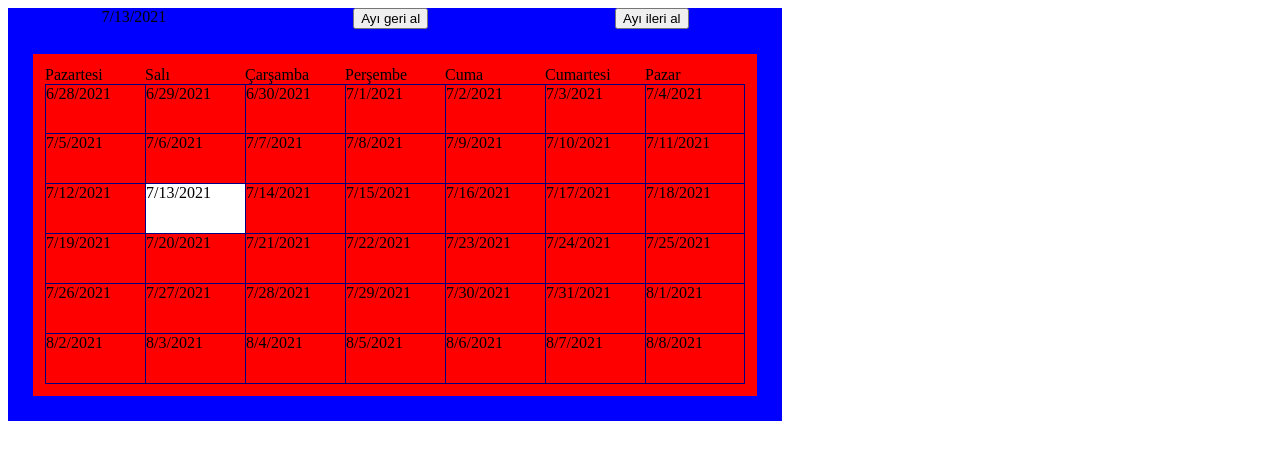
Repository: ahmetbugraozcan/javascript-calendar
Page: tablo.html
The author's editor kept a copy of each file at every save. The page is drawn from the files as they stood at one save, then again after the next save.
The browser window is 1280 px wide. The pictures show the whole page.

Above is the page before, as saved 2021-07-13 11:12:50.

After the next save:
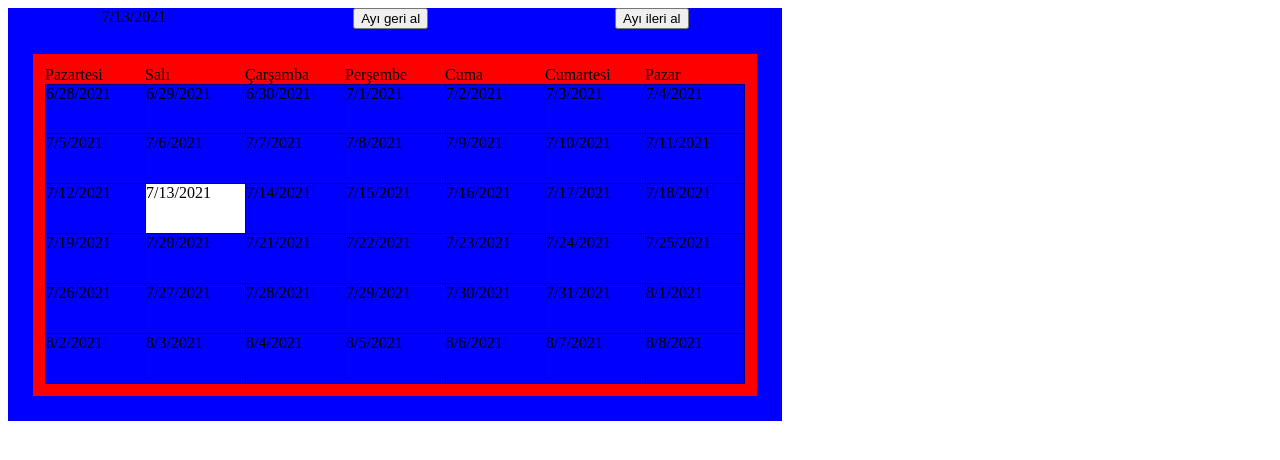
Saved 36 s later.
--- a/tablo.html
+++ b/tablo.html
@@ -216,13 +216,13 @@
                 document.getElementById(`cuma${i}`).innerHTML = cuma[i];
                 document.getElementById(`cumartesi${i}`).innerHTML = cumartesi[i];
 
-                document.getElementById(`pazar${i}`).backgroundColor = "blue";
-                document.getElementById(`pazartesi${i}`).backgroundColor = "blue";
-                document.getElementById(`sali${i}`).backgroundColor = "blue";
-                document.getElementById(`carsamba${i}`).backgroundColor = "blue";
-                document.getElementById(`persembe${i}`).backgroundColor = "blue";
-                document.getElementById(`cuma${i}`).backgroundColor = "blue";
-                document.getElementById(`cumartesi${i}`).backgroundColor = "blue";
+                document.getElementById(`pazar${i}`).style.backgroundColor = "blue";
+                document.getElementById(`pazartesi${i}`).style.backgroundColor = "blue";
+                document.getElementById(`sali${i}`).style.backgroundColor = "blue";
+                document.getElementById(`carsamba${i}`).style.backgroundColor = "blue";
+                document.getElementById(`persembe${i}`).style.backgroundColor = "blue";
+                document.getElementById(`cuma${i}`).style.backgroundColor = "blue";
+                document.getElementById(`cumartesi${i}`).style.backgroundColor = "blue";
 
 
 

After the save that followed:
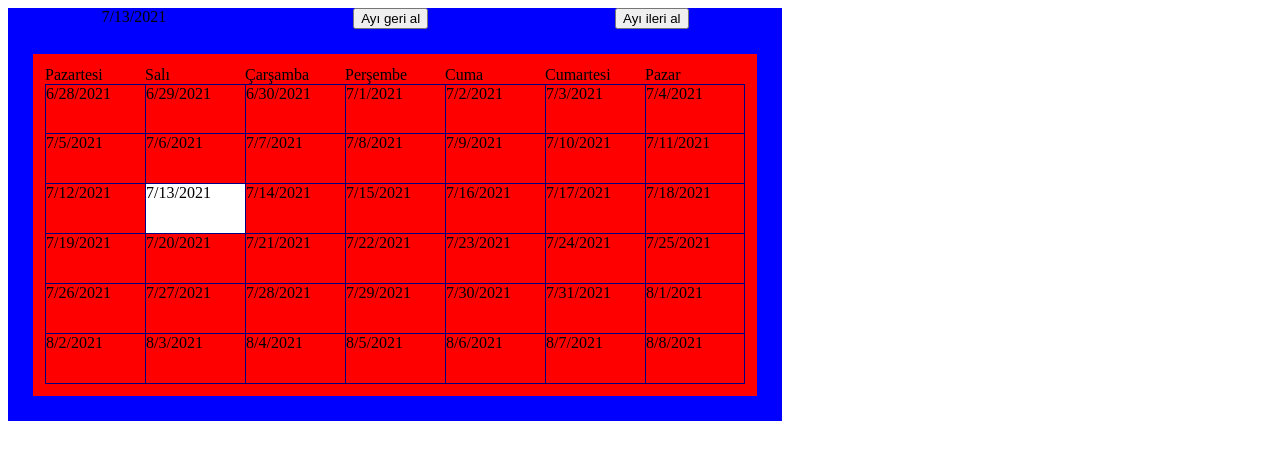
Saved 18 s later.
--- a/tablo.html
+++ b/tablo.html
@@ -216,13 +216,13 @@
                 document.getElementById(`cuma${i}`).innerHTML = cuma[i];
                 document.getElementById(`cumartesi${i}`).innerHTML = cumartesi[i];
 
-                document.getElementById(`pazar${i}`).style.backgroundColor = "blue";
-                document.getElementById(`pazartesi${i}`).style.backgroundColor = "blue";
-                document.getElementById(`sali${i}`).style.backgroundColor = "blue";
-                document.getElementById(`carsamba${i}`).style.backgroundColor = "blue";
-                document.getElementById(`persembe${i}`).style.backgroundColor = "blue";
-                document.getElementById(`cuma${i}`).style.backgroundColor = "blue";
-                document.getElementById(`cumartesi${i}`).style.backgroundColor = "blue";
+                document.getElementById(`pazar${i}`).style.backgroundColor = "red";
+                document.getElementById(`pazartesi${i}`).style.backgroundColor = "red";
+                document.getElementById(`sali${i}`).style.backgroundColor = "red";
+                document.getElementById(`carsamba${i}`).style.backgroundColor = "red";
+                document.getElementById(`persembe${i}`).style.backgroundColor = "red";
+                document.getElementById(`cuma${i}`).style.backgroundColor = "red";
+                document.getElementById(`cumartesi${i}`).style.backgroundColor = "red";
 
 
 
